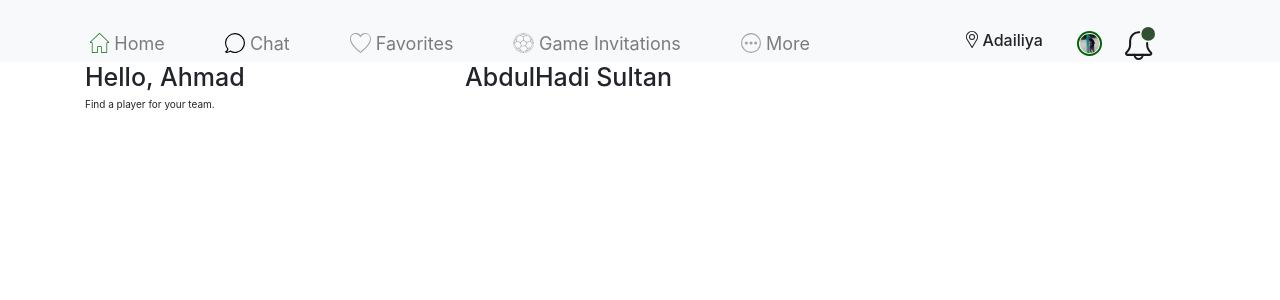
Repository: usman-yousuf/football-website
Page: Home/home.html
An editor plug-in stored every save of this project. The page is shown before and after a run of saves, followed by the edit.
The browser window is 1280 px wide. The pictures show the whole page.

Above is the page before, as saved 2021-08-18 11:33:22.
Console error: ReferenceError: $ is not defined

### Home/home.html
<!DOCTYPE html>
<html lang="en">
  <head>
    <meta charset="UTF-8" />
    <meta http-equiv="X-UA-Compatible" content="IE=edge" />
    <meta name="viewport" content="width=device-width, initial-scale=1.0" />
    <link
      rel="stylesheet"
      href="https://cdn.jsdelivr.net/npm/bootstrap@4.6.0/dist/css/bootstrap.min.css"
      integrity="sha384-B0vP5xmATw1+K9KRQjQERJvTumQW0nPEzvF6L/Z6nronJ3oUOFUFpCjEUQouq2+l"
      crossorigin="anonymous"
    />
    <link rel="preconnect" href="https://fonts.googleapis.com" />
    <link rel="preconnect" href="https://fonts.gstatic.com" crossorigin />
    <link
      href="https://fonts.googleapis.com/css2?family=Nunito+Sans:wght@700&display=swap"
      rel="stylesheet"
    />
    <link
      rel="stylesheet"
      href="https://cdnjs.cloudflare.com/ajax/libs/font-awesome/4.7.0/css/font-awesome.min.css"
      integrity="sha512-SfTiTlX6kk+qitfevl/7LibUOeJWlt9rbyDn92a1DqWOw9vWG2MFoays0sgObmWazO5BQPiFucnnEAjpAB+/Sw=="
      crossorigin="anonymous"
    />

    <link rel="stylesheet" href="../assets/main.css" />

    <title>Index.html</title>
    <style></style>
  </head>
  <body>
    <!-- .................Home Page Start ......................... -->

    <!-- .................Home Page NavBar Start ......................... -->

    <nav class="navbar navbar-expand-md navbar-light bg-light">
      <button
        class="navbar-toggler"
        type="button"
        data-toggle="collapse"
        data-target="#navbarTogglerDemo03"
        aria-controls="navbarTogglerDemo03"
        aria-expanded="false"
        aria-label="Toggle navigation"
      >
        <span class="navbar-toggler-icon"></span>
      </button>

      <div class="container">
        <div class="collapse navbar-collapse" id="navbarTogglerDemo03">
          <ul class="navbar-nav mr-auto mt-2 mt-lg-0">
            <li class="nav-item ml-0">
              <a class="nav-link" href="#">
                <span>
                  <img
                    src="../assets/images/home.svg"
                    class="img-fluid"
                    alt="navbar_home"
                  />
                </span>
                Home <span class="sr-only">(current)</span></a
              >
            </li>
            <li class="nav-item">
              <a class="nav-link" href="#">
                <span>
                  <img
                    src="../assets/images/chat.svg"
                    class="img-fluid"
                    alt="navbar_chat"
                  />
                </span>
                Chat</a
              >
            </li>
            <!-- <li class="nav-item dropdown dmenu">
            <a
              class="nav-link dropdown-toggle"
              href="#"
              id="navbardrop"
              data-toggle="dropdown"
            >
              Our Service
            </a>
            <div class="dropdown-menu sm-menu">
              <a class="dropdown-item" href="#">service2</a>
              <a class="dropdown-item" href="#">service 2</a>
              <a class="dropdown-item" href="#">service 3</a>
            </div>
          </li> -->
            <li class="nav-item">
              <a class="nav-link" href="#">
                <span>
                  <img
                    src="../assets/images/favrticon.svg"
                    class="img-fluid"
                    alt="navbar_fvrt"
                  />
                </span>
                Favorites</a
              >
            </li>
            <li class="nav-item">
              <a class="nav-link" href="#">
                <span>
                  <img
                    src="../assets/images/GameInvitation.svg"
                    class="img-fluid"
                    alt="navbar_home"
                  />
                </span>
                Game Invitations</a
              >
            </li>

            <li class="nav-item">
              <a class="nav-link" href="#">
                <span>
                  <img
                    src="../assets/images/moreoption.svg"
                    class="img-fluid"
                    alt="navbar_home"
                  />
                </span>
                More</a
              >
            </li>
          </ul>
          <div class="social-part">
            <a>
              <img
                src="../assets/images/Location.svg"
                class="img-fluid nav_location_img"
                alt="navbar_home"
              />
              <span> Adailiya </span>
            </a>
            <img
              src="../assets/images/Group 24.png"
              class="img-fluid nav_profile"
              alt="Navbar_profile"
            />
            <img
              src="../assets/images/notification.svg"
              class="img-fluid nav_notification_img"
              alt="navbar_home"
            />
          </div>
        </div>
      </div>
    </nav>
    <!-- .................Home Page NavBar End ......................... -->

    <!-- .................Home Page Slider Section Start......................... -->
    <div class="container">
      <div class="row">
        <div class="col-lg-4">
          <div class="ahmed_text_m">
            <h1>Hello, Ahmad</h1>
            <p>Find a player for your team.</p>
          </div>
        </div>
        <div class="col-lg-8">
          <h1>AbdulHadi Sultan</h1>
        </div>
      </div>
    </div>
    <!-- .................Home Page Slider Section End ......................... -->

    <!-- .................Home Page End ......................... -->
    <script src="../assets/main.js"></script>
    <script
      src="https://code.jquery.com/jquery-3.5.1.slim.min.js"
      integrity="sha384-DfXdz2htPH0lsSSs5nCTpuj/zy4C+OGpamoFVy38MVBnE+IbbVYUew+OrCXaRkfj"
      crossorigin="anonymous"
    ></script>
    <script
      src="https://cdn.jsdelivr.net/npm/bootstrap@4.6.0/dist/js/bootstrap.bundle.min.js"
      integrity="sha384-Piv4xVNRyMGpqkS2by6br4gNJ7DXjqk09RmUpJ8jgGtD7zP9yug3goQfGII0yAns"
      crossorigin="anonymous"
    ></script>
  </body>
</html>

### assets/main.css
* {
  padding: 0%;
  margin: 0%;
  box-sizing: border-box;
}
html {
  font-size: 62.5%;
}

/* .................Home Page CSS Start .........................  */
/*
.social-part .fa img {
  padding-right: 20px;
} */
/* ul li a {
  margin-right: 20px;
} */
.navbar-expand-md {
  padding: 2.5rem 0rem 0rem 0rem;
}
.nav-item img {
  margin-top: -0.4rem;
}
.navbar-nav li {
  font-size: 1.8rem;
  color: #212121;
  margin-left: 5rem;
}
.social-part a {
  margin-right: 1rem;
  font-size: 1.6rem;
  font-weight: 500;
}
.social-part {
  margin-right: 4rem;
}
.nav_profile {
  width: 2.5rem;
  border: 0.2rem solid #006400;
  border-radius: 10rem;
  margin-left: 2rem;
}
.nav_notification_img {
  width: 3rem;
  margin-left: 2rem;
}
.nav_location_img {
  margin-top: -0.4rem;
  width: 1.2rem;
}
.ahmed_text_m h1{
  font-family: ;
}
/* .................Home Page CSS End .........................  */

### assets/main.js
$(document).ready(function () {
  $(".navbar-light .dmenu").hover(
    function () {
      $(this).find(".sm-menu").first().stop(true, true).slideDown(150);
    },
    function () {
      $(this).find(".sm-menu").first().stop(true, true).slideUp(105);
    }
  );
});

After the next 3 saves:
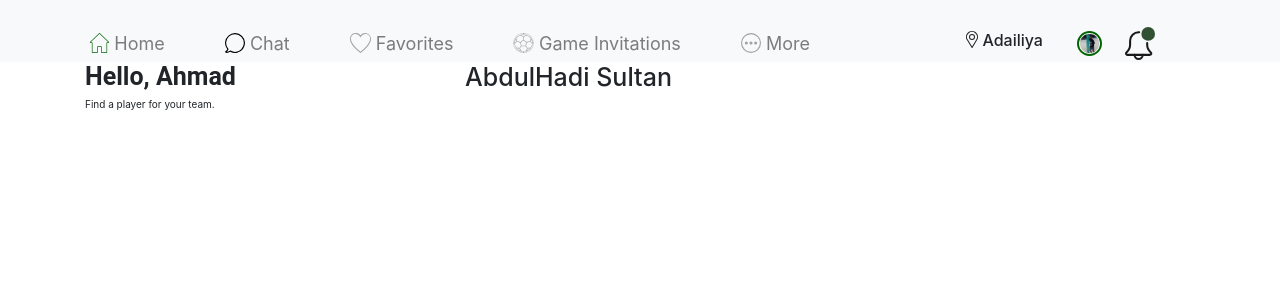
The 3 saves are shown as one change because they came seconds apart.
The last was saved 9 s later.
--- a/assets/main.css
+++ b/assets/main.css
@@ -48,7 +48,8 @@
   margin-top: -0.4rem;
   width: 1.2rem;
 }
-.ahmed_text_m h1{
-  font-family: ;
+.ahmed_text_m h1 {
+  font-family: Roboto;
+  font-weight: bold;
 }
 /* .................Home Page CSS End .........................  */
